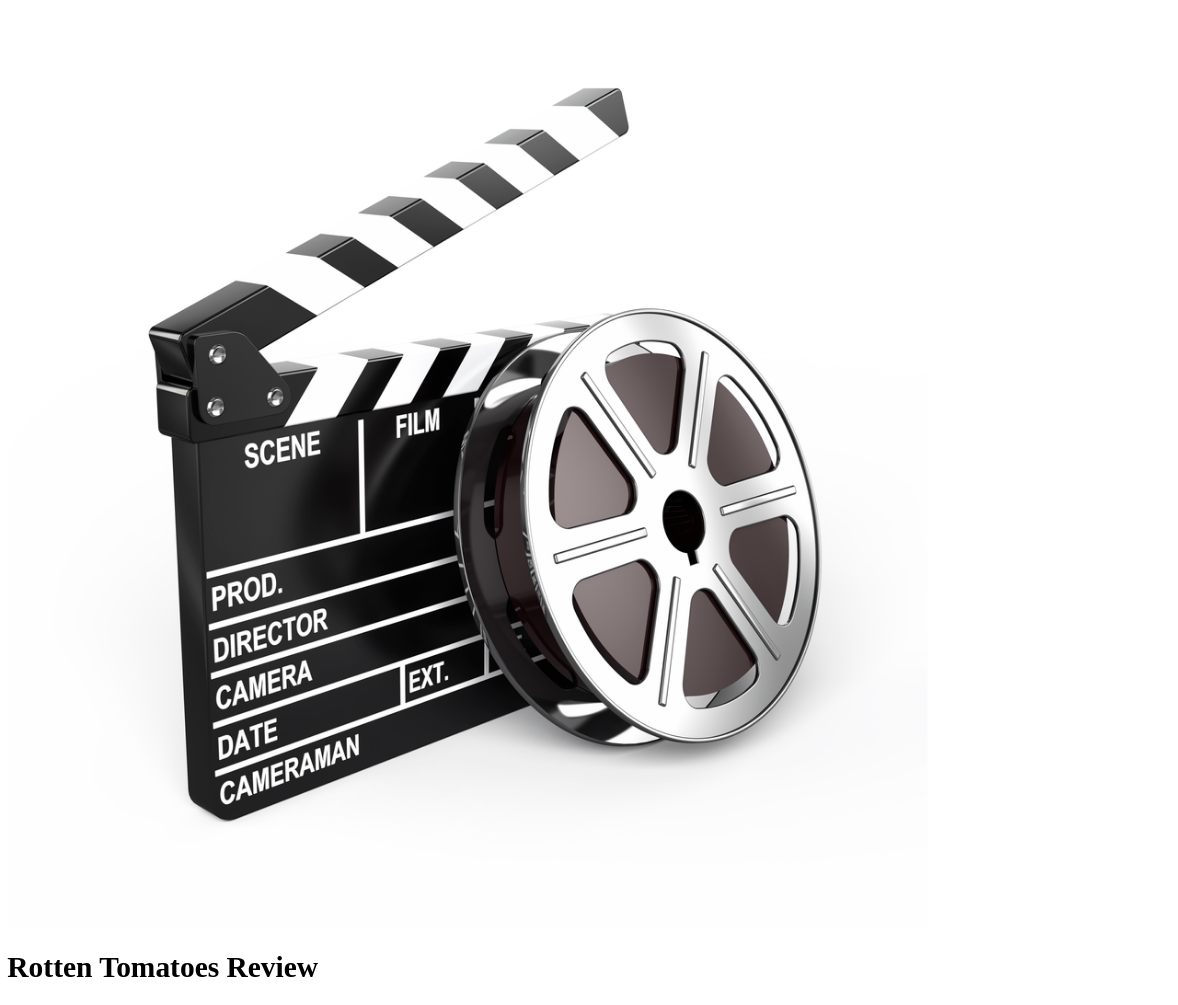
Repository: aishwarya-sankhla/JavaTraining
Page: MovieRating/WebContent/Header.html
An editor plug-in stored every save of this project. The page is shown before and after the next save, followed by the edit.
The browser window is 1280 px wide. The pictures show the whole page, at 92% of full size.

Above is the page before, as saved 2018-10-03 11:58:09.

### MovieRating/WebContent/Header.html
<!DOCTYPE html>
<html>
<head>
<meta charset="ISO-8859-1">
<title>Insert title here</title>
</head>
<body>
	<div>
		<img alt="film" src="Images/film.png">
		<h1>Rotten Tomatoes Review</h1>
</body>
</html>

After the next save:
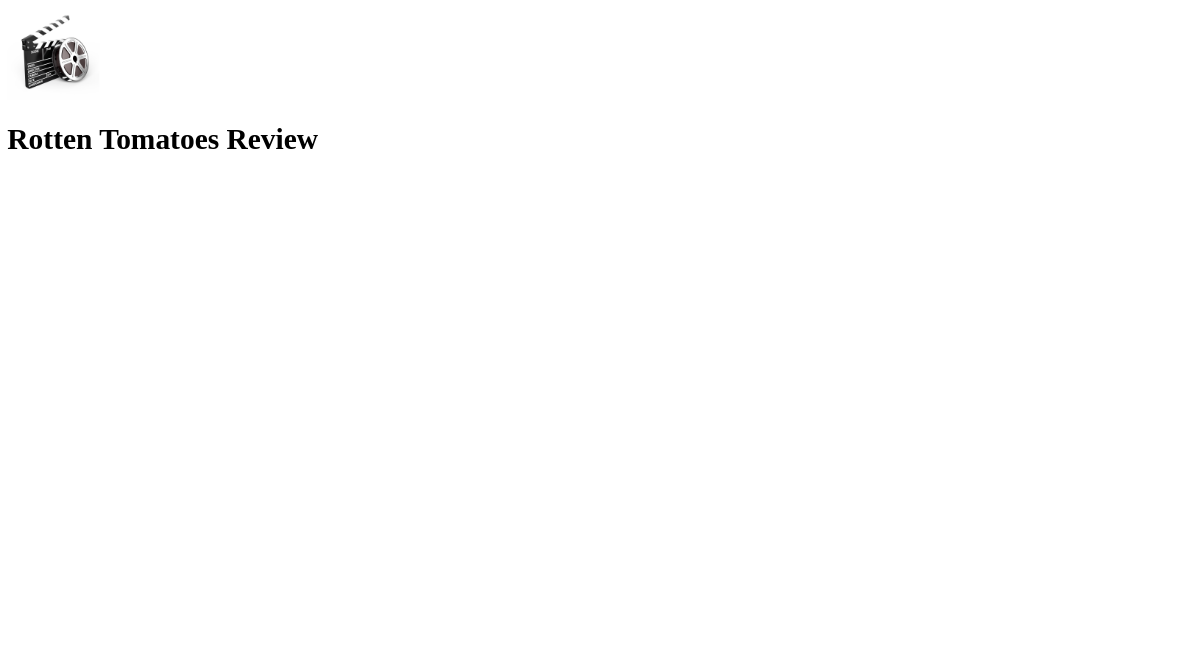
Saved 89 s later.
--- a/MovieRating/WebContent/Header.html
+++ b/MovieRating/WebContent/Header.html
@@ -3,6 +3,15 @@
 <head>
 <meta charset="ISO-8859-1">
 <title>Insert title here</title>
+<style type="text/css">
+.head{
+	height:300px;
+}
+img{
+	width: 100px;
+	height: 100px;
+}
+</style>
 </head>
 <body>
 	<div>
